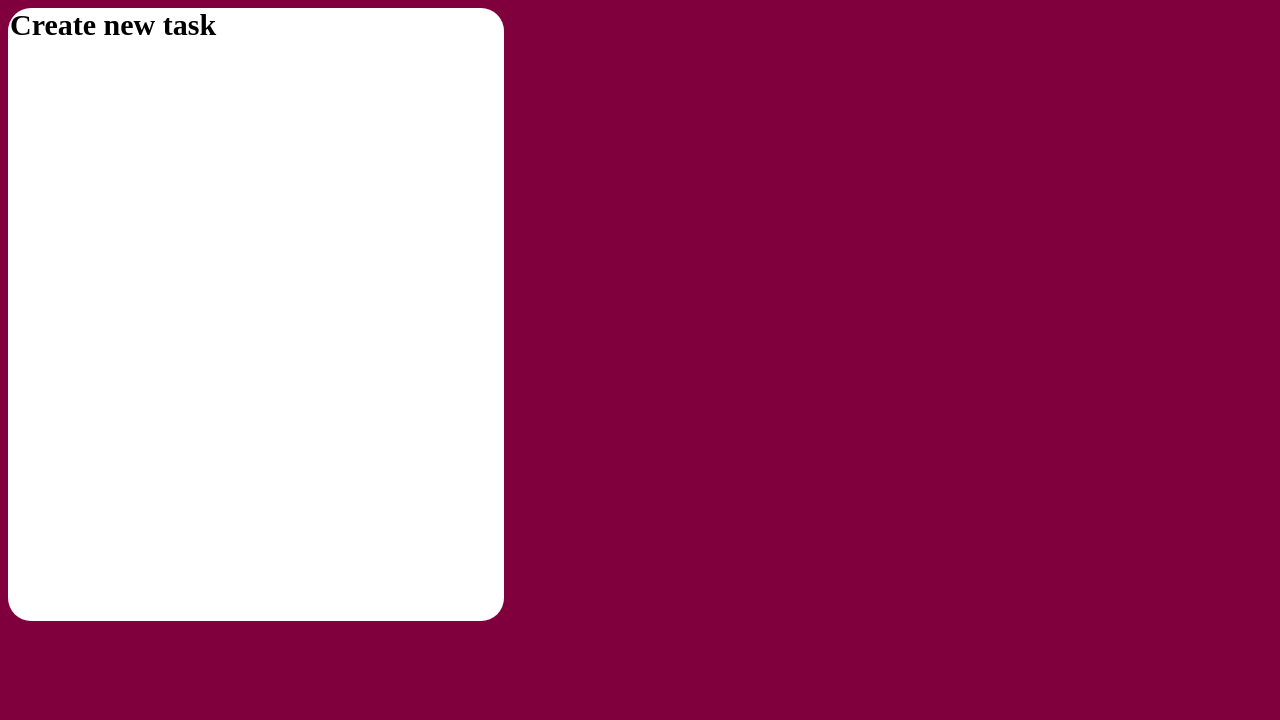
Repository: MorgunovaAlexandra/verstka-form
Page: index.html
An editor plug-in stored every save of this project. The page is shown before and after a run of saves, followed by the edit.
The browser window is 1280 px wide. The pictures show the whole page.
The style sheet was rebuilt from its Sass, Less or Tailwind sources for each picture, by a compiler version that may differ from the author's.

Above is the page before, as saved 2022-06-24 11:59:01.

After the next 2 saves:
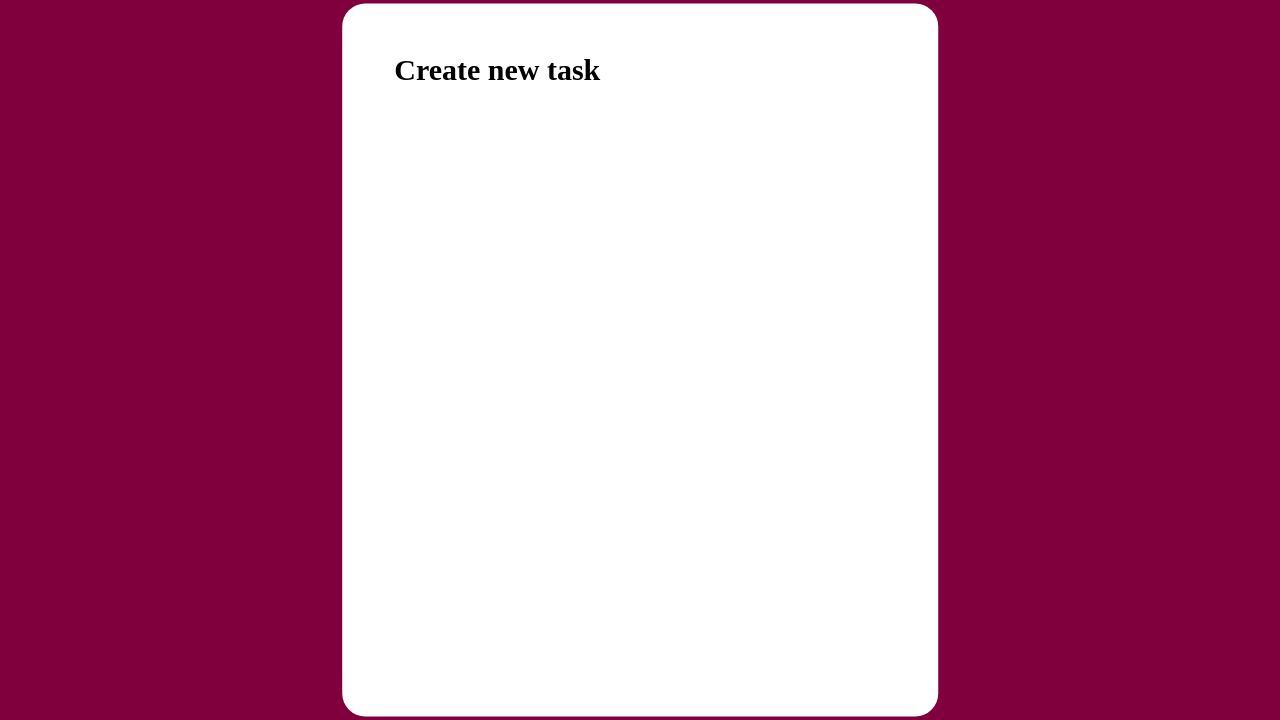
The 2 saves are shown as one change because they came seconds apart.
The last was saved 37 s later.
--- a/scss/style.scss
+++ b/scss/style.scss
@@ -9,4 +9,10 @@
     height: 613.21px;
     background-color: white;
     border-radius: 23px;
+    padding: 50px;
+
+  position: fixed; top: 50%; left: 50%;
+  -webkit-transform: translate(-50%, -50%);
+  -ms-transform: translate(-50%, -50%);
+  transform: translate(-50%, -50%);
 }
